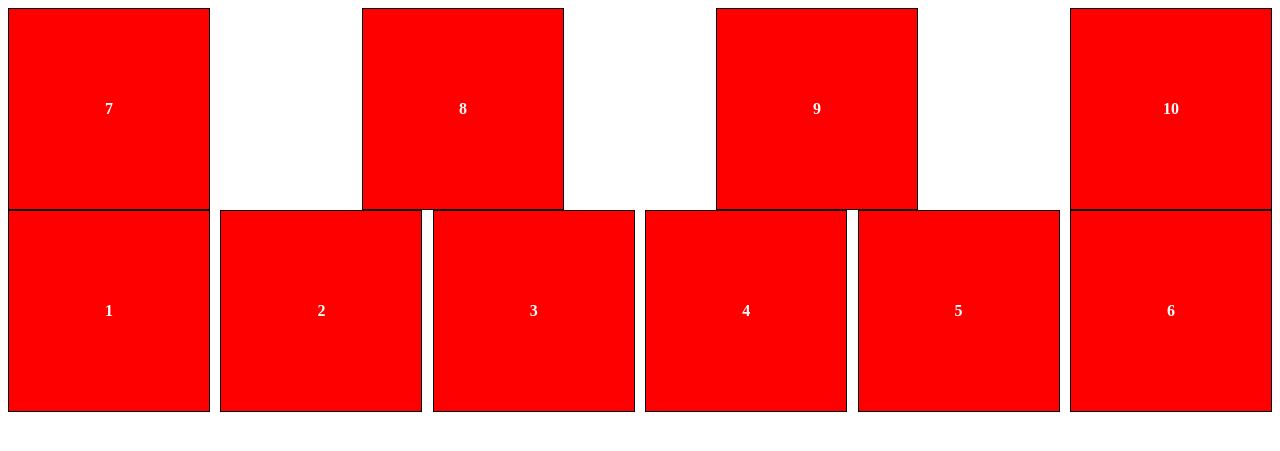
Repository: wonjunknag/kakao-clone
Page: 05-flex/index.html
An editor plug-in stored every save of this project. The page is shown before and after the next save, followed by the edit.
The browser window is 1280 px wide. The pictures show the whole page.

Above is the page before, as saved 2020-07-05 07:44:42.

### 05-flex/index.html
<!DOCTYPE html>
<html lang="en">
  <head>
    <meta charset="UTF-8" />
    <meta name="viewport" content="width=device-width, initial-scale=1.0" />
    <meta http-equiv="X-UA-Compatible" content="ie=edge" />
    <title>Flex</title>
    <style>
      .father {
        display: flex;
        justify-content: space-between;
        align-items: flex-start;
        height: 100%;
        flex-direction: row;
        flex-wrap: wrap-reverse;
      }
      .box {
        width: 200px;
        height: 200px;
        background-color: red;
        border: 1px solid black;
        display: flex;
        justify-content: center;
        align-items: center;
        color: white;
        font-weight: bold;
      }
    </style>
  </head>
  <body>
    <div class="father">
      <div class="box">1</div>
      <div class="box">2</div>
      <div class="box">3</div>
      <div class="box">4</div>
      <div class="box">5</div>
      <div class="box">6</div>
      <div class="box">7</div>
      <div class="box">8</div>
      <div class="box">9</div>
      <div class="box">10</div>
    </div>
  </body>
</html>

After the next save:
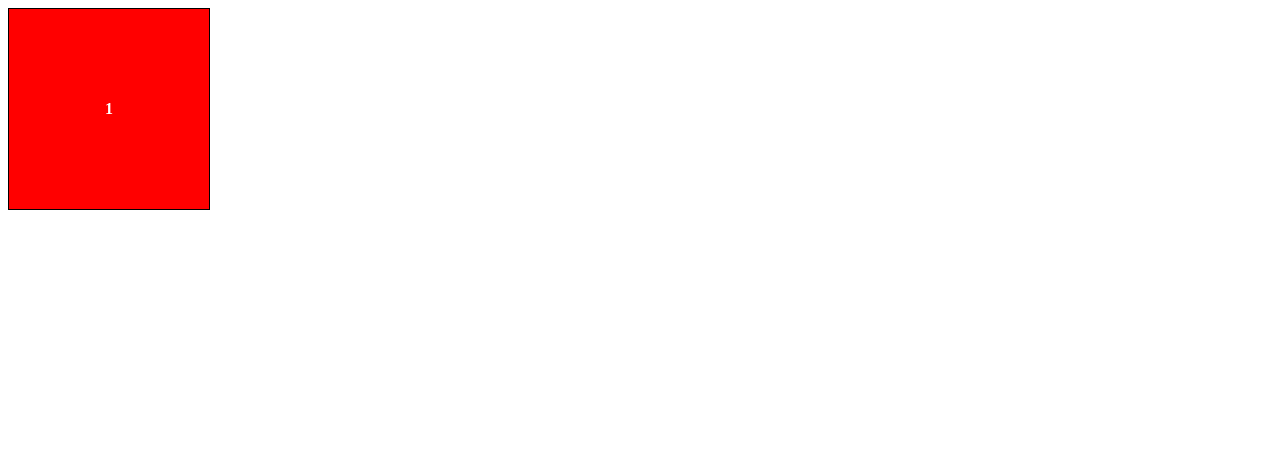
Saved 46 min 9 s later.
--- a/05-flex/index.html
+++ b/05-flex/index.html
@@ -30,15 +30,6 @@
   <body>
     <div class="father">
       <div class="box">1</div>
-      <div class="box">2</div>
-      <div class="box">3</div>
-      <div class="box">4</div>
-      <div class="box">5</div>
-      <div class="box">6</div>
-      <div class="box">7</div>
-      <div class="box">8</div>
-      <div class="box">9</div>
-      <div class="box">10</div>
     </div>
   </body>
 </html>

After the 2 saves that followed:
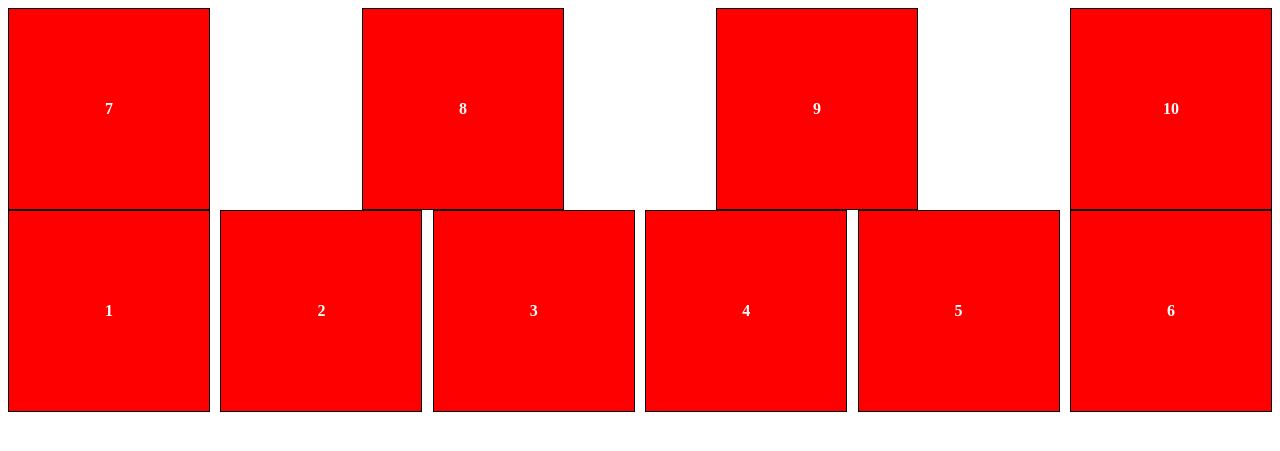
The 2 saves are shown as one change because 1 left the picture as it was.
The last was saved 45 s later.
--- a/05-flex/index.html
+++ b/05-flex/index.html
@@ -30,6 +30,15 @@
   <body>
     <div class="father">
       <div class="box">1</div>
+      <div class="box">2</div>
+      <div class="box">3</div>
+      <div class="box">4</div>
+      <div class="box">5</div>
+      <div class="box">6</div>
+      <div class="box">7</div>
+      <div class="box">8</div>
+      <div class="box">9</div>
+      <div class="box">10</div>
     </div>
   </body>
 </html>
